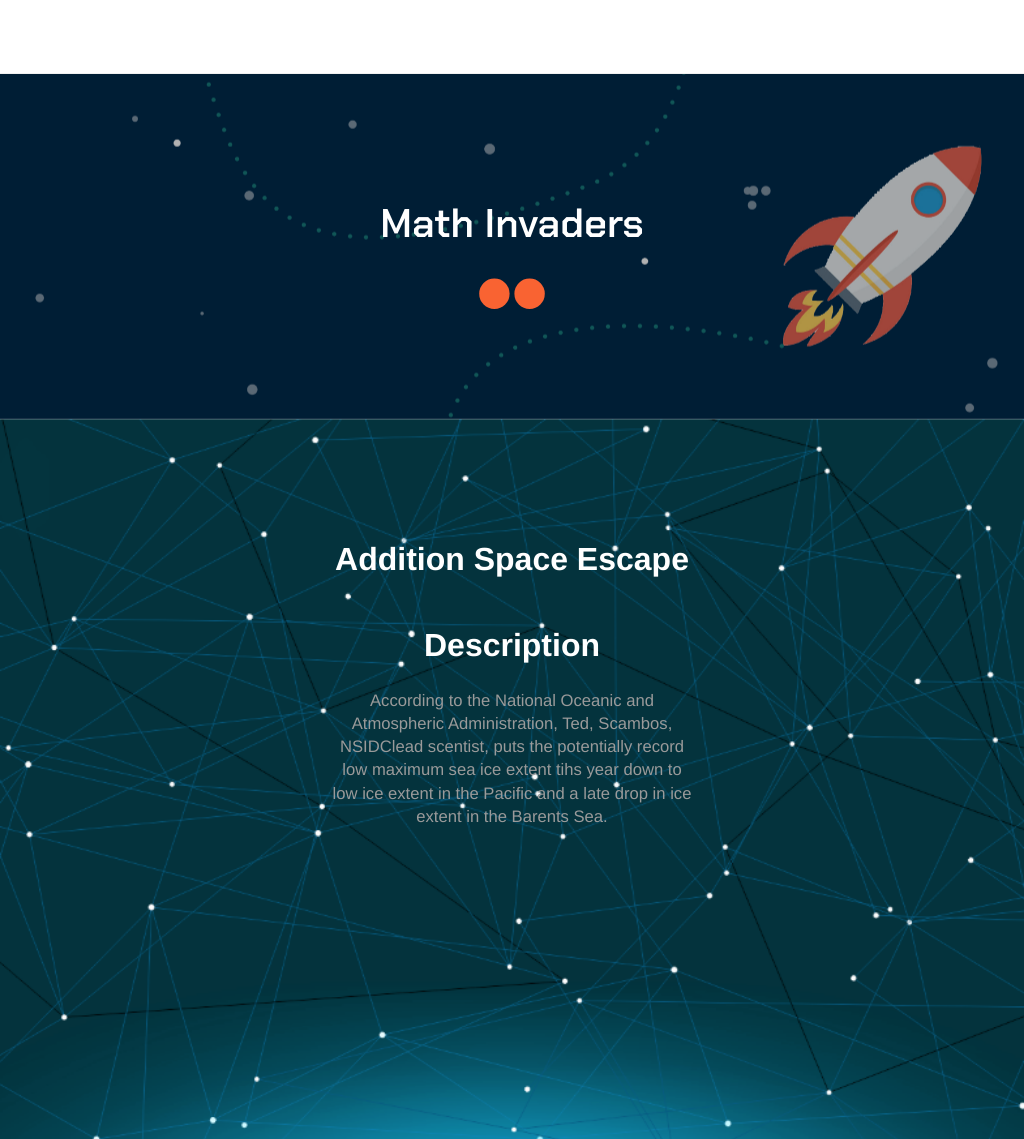
Repository: kkyler24/MathInvader
Page: index.html
These files come from the project's save history. The page is drawn as it stood at one moment and after the next save; the edit follows.
The browser window is 1280 px wide. The pictures show the whole page, at 80% of full size.
Some web libraries are served in a nearby version.

Above is the page before, as saved 2020-07-19 18:46:13.

### index.html
<!DOCTYPE html>
<html lang="en">
  <head>
    <!-- Required meta tags -->
    <meta charset="utf-8" />
    <meta
      name="viewport"
      content="width=device-width, initial-scale=1, shrink-to-fit=no"
    />

    <!-- Bootstrap CSS -->
    <link
      rel="stylesheet"
      href="https://maxcdn.bootstrapcdn.com/bootstrap/4.0.0/css/bootstrap.min.css"
      integrity="sha384-Gn5384xqQ1aoWXA+058RXPxPg6fy4IWvTNh0E263XmFcJlSAwiGgFAW/dAiS6JXm"
      crossorigin="anonymous"
    />
    <link href="../assets/css/now-ui-kit.css?v=1.2.0" rel="stylesheet" />
    <link
      href="https://fonts.googleapis.com/css2?family=Chakra+Petch:wght@600&display=swap"
      rel="stylesheet"
    />
    <link href="./jsFolder/index.css" rel="stylesheet" />

    <title>Math Invaders</title>
  </head>
  <!-- Navbar -->
  <body class="burger-menu">
    <div id="mainBody">
      <nav
        id="marginb"
        class="navbar navbar-expand-lg fixed-top navbar-transparent"
      >
        <div class="container">
          <a class="navbar-brand" href="#">MCLA</a>
          <div class="separator separator-primary"></div>
          <button
            class="navbar-toggler"
            type="button"
            data-toggle="collapse"
            data-target="#navbarNav"
            aria-controls="navbarNav"
            aria-expanded="false"
            aria-label="Toggle navigation"
          >
            <span class="navbar-toggler-icon"></span>
          </button>
          <div class="collapse navbar-collapse" id="navbarNav">
            <ul class="navbar-nav">
              <li class="nav-item active">
                <a class="nav-link" href="#"
                  >Home <span class="sr-only">(current)</span></a
                >
              </li>
              <li class="nav-item">
                <a class="nav-link" href="#">About Us</a>
              </li>
              <li class="nav-item">
                <a class="nav-link" href="#">Games</a>
              </li>
              <li class="nav-item">
                <a class="nav-link" href="#">Log In</a>
              </li>
            </ul>
          </div>
        </div>
      </nav>
      <div id="wrapper">
        <div class="page-header page-header-small">
          <div class="page-header-image" data-parallax="true"></div>
          <div class="content-center">
            <div class="container">
              <h1 id="titleG" class="title">Math Invaders</h1>
              <div class="text-center">
                <a href="#pablo" class="btn btn-primary btn-icon btn-round">
                  <i class="fab fa-facebook-square"></i>
                </a>
                <a href="#pablo" class="btn btn-primary btn-icon btn-round">
                  <i class="fab fa-twitter"></i>
                </a>
              </div>
            </div>
          </div>
        </div>
      </div>
      <div id="backgroundSection" class="section section-about-us">
        <div class="container">
          <div class="section-story-overview">
            <h2 class="title text-center gameT">Addition Space Escape</h2>
            <div class="separator separator-primary"></div>
            <div class="game-wrapper">
<div class="Game"></div>
<div class="congratulations">
    <h1>Congratulations!</h1>
    <h2>You won the game</h2>
    <button class="btn" onclick="window.location.reload()">Restart</button>
              </div>
              <div class="game-over">
                <h1>GAME OVER</h1>
                <h2>You lost the game</h2>
                <button class="btn" onclick="window.location.reload()">Restart</button>
          </div>
                    </div>
                    <div class="separator separator-primary"></div>
                    <div class="row">
                        <div class="col-md-8 ml-auto mr-auto text-center">
                            <h2 class="title gameT">Description</h2>
                            <h5 class="description">According to the National Oceanic and Atmospheric Administration, Ted, Scambos, NSIDClead scentist, puts the potentially record low maximum sea ice extent tihs year down to low ice extent in the Pacific and a late drop in ice extent in the Barents Sea.</h5>
                        </div>
                    </div>
                </div>
            </div>
        </div>
    </div>
    </div>
    <!-- Optional JavaScript -->
    <!-- jQuery first, then Popper.js, then Bootstrap JS -->
    <script
      src="https://code.jquery.com/jquery-3.2.1.slim.min.js"
      integrity="sha384-KJ3o2DKtIkvYIK3UENzmM7KCkRr/rE9/Qpg6aAZGJwFDMVNA/GpGFF93hXpG5KkN"
      crossorigin="anonymous"
    ></script>
    <script
      src="https://cdnjs.cloudflare.com/ajax/libs/popper.js/1.12.9/umd/popper.min.js"
      integrity="sha384-ApNbgh9B+Y1QKtv3Rn7W3mgPxhU9K/ScQsAP7hUibX39j7fakFPskvXusvfa0b4Q"
      crossorigin="anonymous"
    ></script>
    <script
      src="https://maxcdn.bootstrapcdn.com/bootstrap/4.0.0/js/bootstrap.min.js"
      integrity="sha384-JZR6Spejh4U02d8jOt6vLEHfe/JQGiRRSQQxSfFWpi1MquVdAyjUar5+76PVCmYl"
      crossorigin="anonymous"
    ></script>
    <script src="../assets/js/plugins/bootstrap-switch.js"></script>
    <script
      src="../assets/js/plugins/nouislider.min.js"
      type="text/javascript"
    ></script>
    <script
      src="../assets/js/plugins/bootstrap-datepicker.js"
      type="text/javascript"
    ></script>
    <script
      src="../assets/js/now-ui-kit.js?v=1.2.0"
      type="text/javascript"
    ></script>
    <script src="./jsFolder/Aliens.js"></script>
    <script src="./jsFolder/tokens.js"></script>
    <script src="./jsFolder/Ship.js"></script>
  </body>
</html>

### jsFolder/index.css
html,
body {
  font-size: 16px;
  columns: #222b3f;
}
/*  navbar*/

.navbar.navbar-transparent {
  background-color: transparent !important;
  box-shadow: none;
  color: #fff;
  padding-top: 20px !important;
}

.fixed-top {
  position: fixed;
  top: 0;
  right: 0;
  left: 0;
  z-index: 1030;
}
#navbarNav {
  justify-content: flex-end;
}

#marginb {
  margin-bottom: 20px !important;
}
.navbar {
  position: relative;
  display: flex;
  flex-wrap: wrap;
  align-items: center;
  justify-content: space-between;
  padding: 0.5rem 1rem;
  padding-top: 0.625rem;
  padding-bottom: 0.625rem;
  min-height: 53px;
}

a {
  color: #222b3f;
  text-decoration: none;
  background-color: transparent;
}

.container {
  width: 100%;
  padding-right: 15px;
  padding-left: 15px;
  margin-right: auto;
  margin-left: auto;
}

.button-dropdown {
  padding-right: 0.7rem;
  cursor: pointer;
}

.navbar.navbar-transparent {
  background-color: transparent !important;
  color: #fff;
}

.dropdown {
  position: relative;
}

.navbar > .container {
  display: flex;
  flex-wrap: wrap;
  align-items: center;
  justify-content: space-between;
}

.gameT {
  color: #fff;
}
#titleG {
  font-family: "Chakra Petch", sans-serif;
  font-size: 50px;
  font-weight: 700;
  padding-top: 30px;
}
/*  container */

.page-header.page-header-small {
  min-height: 60vh;
  max-height: 440px;
}

.page-header {
  padding: 0;
  color: #fff;
  position: relative;
  overflow: hidden;
}

.page-header .page-header-image {
  position: absolute;
  background-size: cover;
  background-position: 50%;
  width: 100%;
  height: 100%;
  z-index: -1;
}
.page-header-image {
  background-image: url("./pictures/MathApics/kidsbackgroundspace.png");
  transform: translate3d(0px, 0px, 0px);
}

.navbar-toggler:not(:disabled):not(.disabled) {
  cursor: pointer;
}

.content-center {
  position: absolute;
  top: 50%;
  left: 50%;
  z-index: 2;
  transform: translate(-50%, -50%);
  text-align: center;
  color: #fff;
  padding: 0 15px;
  width: 100%;
  max-width: 880px;
}

.text-center {
  text-align: center !important;
}

.page-header .container {
  height: 100%;
  z-index: 1;
  text-align: center;
  position: relative;
}

.section {
  padding: 70px 0;
  position: relative;
  background: #fff;
}

.row {
  display: flex;
  flex-wrap: wrap;
  margin-right: -15px;
  margin-left: -15px;
}

.ml-auto,
.mx-auto {
  margin-left: auto !important;
}
.mr-auto,
.mx-auto {
  margin-right: auto !important;
}

.col-md-8 {
  position: relative;
  width: 100%;
  padding-right: 15px;
  padding-left: 15px;
}
h2 {
  margin-bottom: 30px;
  line-height: 1.2;
}

#backgroundSection {
  background-image: url("./pictures/MathApics/spaceship/background3591568.png");
  background-repeat: no-repeat;
  background-size: cover;
  width: 100%;
  height: 900px;
}

/* Game */

.game {
  width: 800px;
  height: 700px;
  background: url("/jsFolder/pictures/MathApics/spaceship/cosmicgalaxbluebackground.jpg");
  animation: scroll-background 5s linear infinite;
  box-shadow: 0 2px 10px rgba(0, 0, 0, 0.2);
  position: relative;
}

.wrap {
  display: flex;
  flex-direction: column;
  height: 100%;
}

.game-wrapper {
  flex: 1;
  display: flex;
  justify-content: center;
  align-items: center;
  background: #222;
}

.game .enemy {
  position: absolute;
  margin-left: -20px;
  margin-top: -18px;
  width: 40px;
}

.game .player {
  position: absolute;
  margin-left: -20px;
  width: 40px;
}

.game .laser {
  position: absolute;
  margin-left: -2.5px;
  height: 30px;
}

.game .enemy-laser {
  position: absolute;
  margin-left: -2.5px;
  height: 30px;
}

.congratulations {
  display: none;
  position: absolute;
  background: #c7a526;
  color: white;
  padding: 20px 50px;
  box-shadow: 0 2px 10px rgba(0, 0, 0, 0.2);
  border-radius: 10px;
  text-align: center;
  animation: pop-in 1s;
}

.game-over {
  display: none;
  position: absolute;
  background: #6b1818;
  color: white;
  padding: 20px 50px;
  box-shadow: 0 2px 10px rgba(0, 0, 0, 0.2);
  border-radius: 10px;
  text-align: center;
  animation: pop-in 1s;
}

@keyframes scroll-background {
  from {
    background-position-y: 0px;
  }
  to {
    background-position-y: 256px;
  }
}

@keyframes pop-in {
  0% {
    opacity: 0;
    transform: translate(0, -100px);
  }
  10% {
    opacity: 1;
  }
  50% {
    transform: translate(0, 30px);
  }
  100% {
    transform: translate(0, 0);
  }
}

/* media Queries */

@media (min-width: 768px) {
  .col-md-8 {
    flex: 0 0 66.666667%;
    max-width: 66.666667%;
  }
}
@media (min-width: 768px) {
  .container {
    max-width: 720px;
  }
}

@media (min-width: 992px) {
  .navbar-expand-lg .navbar-toggler {
    display: none;
  }
}

@media (max-width: 991.98px) {
  .navbar-expand-lg > .container {
    padding-right: 0;
    padding-left: 0;
  }
}

@media (min-width: 768px) {
  .container {
    max-width: 720px;
  }
}

@media screen and (max-width: 991px) {
  .button-dropdown {
    display: none;
  }
}

@media (min-width: 992px) {
  .navbar-expand-lg .navbar-toggler {
    display: none;
  }
}

@media screen and (max-width: 991px) {
  .sidebar-collapse .wrapper {
    transition: all 0.5s cubic-bezier(0.685, 0.0473, 0.346, 1);
  }
}

### jsFolder/UIAssets/now-ui-kit-master/assets/js/now-ui-kit.js
/*!

 =========================================================
 * Now UI Kit - v1.3.0
 =========================================================

 * Product Page: https://www.creative-tim.com/product/now-ui-kit
 * Copyright 2019 Creative Tim (http://www.creative-tim.com)

 * Designed by www.invisionapp.com Coded by www.creative-tim.com

 =========================================================

 * The above copyright notice and this permission notice shall be included in all copies or substantial portions of the Software.

 */


var transparent = true;
var big_image;

var transparentDemo = true;
var fixedTop = false;

var navbar_initialized,
  backgroundOrange = false,
  toggle_initialized = false;

var nowuiKit,
  $navbar,
  scroll_distance,
  oVal;

$(document).ready(function() {
  //  Activate the Tooltips
  $('[data-toggle="tooltip"], [rel="tooltip"]').tooltip();

  // Activate Popovers and set color for popovers
  $('[data-toggle="popover"]').each(function() {
    color_class = $(this).data('color');
    $(this).popover({
      template: '<div class="popover popover-' + color_class + '" role="tooltip"><div class="arrow"></div><h3 class="popover-header"></h3><div class="popover-body"></div></div>'
    });
  });

  // Activate the image for the navbar-collapse
  nowuiKit.initNavbarImage();

  $navbar = $('.navbar[color-on-scroll]');
  scroll_distance = $navbar.attr('color-on-scroll') || 500;

  // Check if we have the class "navbar-color-on-scroll" then add the function to remove the class "navbar-transparent" so it will transform to a plain color.

  if ($('.navbar[color-on-scroll]').length != 0) {
    nowuiKit.checkScrollForTransparentNavbar();
    $(window).on('scroll', nowuiKit.checkScrollForTransparentNavbar)
  }

  $('.form-control').on("focus", function() {
    $(this).parent('.input-group').addClass("input-group-focus");
  }).on("blur", function() {
    $(this).parent(".input-group").removeClass("input-group-focus");
  });

  // Activate bootstrapSwitch
  $('.bootstrap-switch').each(function() {
    $this = $(this);
    data_on_label = $this.data('on-label') || '';
    data_off_label = $this.data('off-label') || '';

    $this.bootstrapSwitch({
      onText: data_on_label,
      offText: data_off_label
    });
  });

  if ($(window).width() >= 992) {
    big_image = $('.page-header-image[data-parallax="true"]');

    $(window).on('scroll', nowuiKitDemo.checkScrollForParallax);
  }

  // Activate Carousel
  $('.carousel').carousel({
    interval: 4000
  });

  $('.date-picker').each(function() {
    $(this).datepicker({
      templates: {
        leftArrow: '<i class="now-ui-icons arrows-1_minimal-left"></i>',
        rightArrow: '<i class="now-ui-icons arrows-1_minimal-right"></i>'
      }
    }).on('show', function() {
      $('.datepicker').addClass('open');

      datepicker_color = $(this).data('datepicker-color');
      if (datepicker_color.length != 0) {
        $('.datepicker').addClass('datepicker-' + datepicker_color + '');
      }
    }).on('hide', function() {
      $('.datepicker').removeClass('open');
    });
  });


});

// Javascript just for Demo purpose, remove it from your project
nowuiKitDemo = {
  checkScrollForParallax: debounce(function() {
    var current_scroll = $(this).scrollTop();

    oVal = ($(window).scrollTop() / 3);
    big_image.css({
      'transform': 'translate3d(0,' + oVal + 'px,0)',
      '-webkit-transform': 'translate3d(0,' + oVal + 'px,0)',
      '-ms-transform': 'translate3d(0,' + oVal + 'px,0)',
      '-o-transform': 'translate3d(0,' + oVal + 'px,0)'
    });

  }, 6)

}

// Returns a function, that, as long as it continues to be invoked, will not
// be triggered. The function will be called after it stops being called for
// N milliseconds. If `immediate` is passed, trigger the function on the
// leading edge, instead of the trailing.

function debounce(func, wait, immediate) {
  var timeout;
  return function() {
    var context = this,
      args = arguments;
    clearTimeout(timeout);
    timeout = setTimeout(function() {
      timeout = null;
      if (!immediate) func.apply(context, args);
    }, wait);
    if (immediate && !timeout) func.apply(context, args);
  };
};

$(window).on('resize', function() {
  nowuiKit.initNavbarImage();
});

$(document).on('click', '.navbar-toggler', function() {
  $toggle = $(this);

  if (nowuiKit.misc.navbar_menu_visible == 1) {
    $('html').removeClass('nav-open');
    nowuiKit.misc.navbar_menu_visible = 0;
    $('#bodyClick').remove();
    setTimeout(function() {
      $toggle.removeClass('toggled');
    }, 550);
  } else {
    setTimeout(function() {
      $toggle.addClass('toggled');
    }, 580);
    div = '<div id="bodyClick"></div>';
    $(div).appendTo('body').click(function() {
      $('html').removeClass('nav-open');
      nowuiKit.misc.navbar_menu_visible = 0;
      setTimeout(function() {
        $toggle.removeClass('toggled');
        $('#bodyClick').remove();
      }, 550);
    });

    $('html').addClass('nav-open');
    nowuiKit.misc.navbar_menu_visible = 1;
  }
});

nowuiKit = {
  misc: {
    navbar_menu_visible: 0
  },

  checkScrollForTransparentNavbar: debounce(function() {
    if ($(document).scrollTop() > scroll_distance) {
      if (transparent) {
        transparent = false;
        $('.navbar[color-on-scroll]').removeClass('navbar-transparent');
      }
    } else {
      if (!transparent) {
        transparent = true;
        $('.navbar[color-on-scroll]').addClass('navbar-transparent');
      }
    }
  }, 17),

  initNavbarImage: function() {
    var $navbar = $('.navbar').find('.navbar-translate').siblings('.navbar-collapse');
    var background_image = $navbar.data('nav-image');

    if (background_image != undefined) {
      if ($(window).width() < 991 || $('body').hasClass('burger-menu')) {
        $navbar.css('background', "url('" + background_image + "')")
          .removeAttr('data-nav-image')
          .css('background-size', "cover")
          .addClass('has-image');
      } else {
        $navbar.css('background', "")
          .attr('data-nav-image', '' + background_image + '')
          .css('background-size', "")
          .removeClass('has-image');
      }
    }
  },

  initSliders: function() {
    // Sliders for demo purpose in refine cards section
    var slider = document.getElementById('sliderRegular');

    noUiSlider.create(slider, {
      start: 40,
      connect: [true, false],
      range: {
        min: 0,
        max: 100
      }
    });

    var slider2 = document.getElementById('sliderDouble');

    noUiSlider.create(slider2, {
      start: [20, 60],
      connect: true,
      range: {
        min: 0,
        max: 100
      }
    });
  }
}

// Javascript just for Demo purpose, remove it from your project
nowuiKitDemo = {
  checkScrollForParallax: debounce(function() {
    var current_scroll = $(this).scrollTop();

    oVal = ($(window).scrollTop() / 3);
    big_image.css({
      'transform': 'translate3d(0,' + oVal + 'px,0)',
      '-webkit-transform': 'translate3d(0,' + oVal + 'px,0)',
      '-ms-transform': 'translate3d(0,' + oVal + 'px,0)',
      '-o-transform': 'translate3d(0,' + oVal + 'px,0)'
    });

  }, 6)

}

// Returns a function, that, as long as it continues to be invoked, will not
// be triggered. The function will be called after it stops being called for
// N milliseconds. If `immediate` is passed, trigger the function on the
// leading edge, instead of the trailing.

function debounce(func, wait, immediate) {
  var timeout;
  return function() {
    var context = this,
      args = arguments;
    clearTimeout(timeout);
    timeout = setTimeout(function() {
      timeout = null;
      if (!immediate) func.apply(context, args);
    }, wait);
    if (immediate && !timeout) func.apply(context, args);
  };
};

Loaded but not shown: jsFolder/UIAssets/now-ui-kit-master/assets/css/now-ui-kit.css (library); jsFolder/UIAssets/now-ui-kit-master/assets/js/plugins/bootstrap-switch.js (library); jsFolder/UIAssets/now-ui-kit-master/assets/js/plugins/nouislider.min.js (library); jsFolder/UIAssets/now-ui-kit-master/assets/js/plugins/bootstrap-datepicker.js (library); jsFolder/Aliens.js (empty); jsFolder/tokens.js (empty); jsFolder/Ship.js (empty)

After the next save:
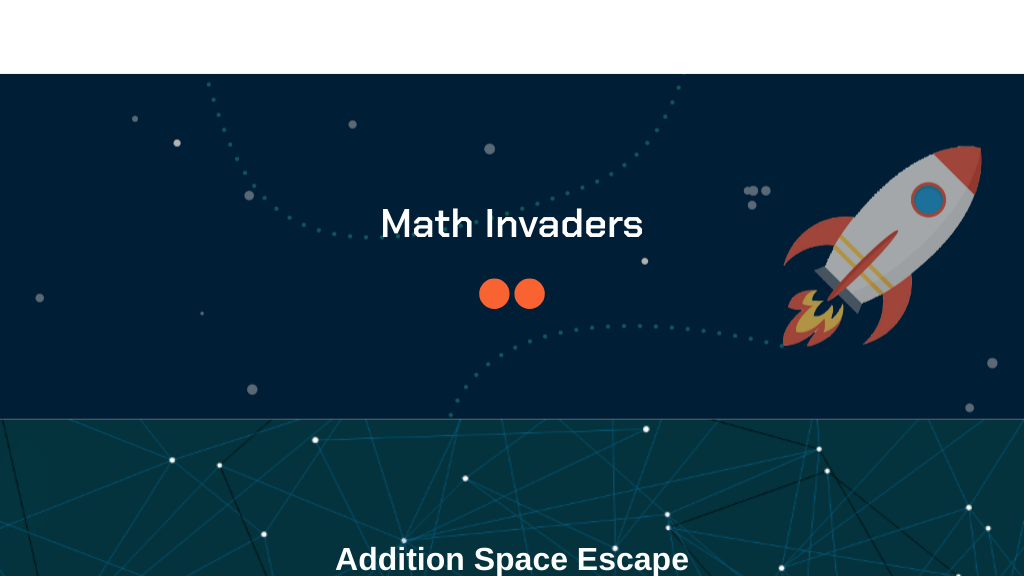
Saved 40 s later.
--- a/jsFolder/index.css
+++ b/jsFolder/index.css
@@ -1,5 +1,7 @@
 html,
 body {
+  height: 100%;
+  overflow: hidden;
   font-size: 16px;
   columns: #222b3f;
 }

After the save that followed:
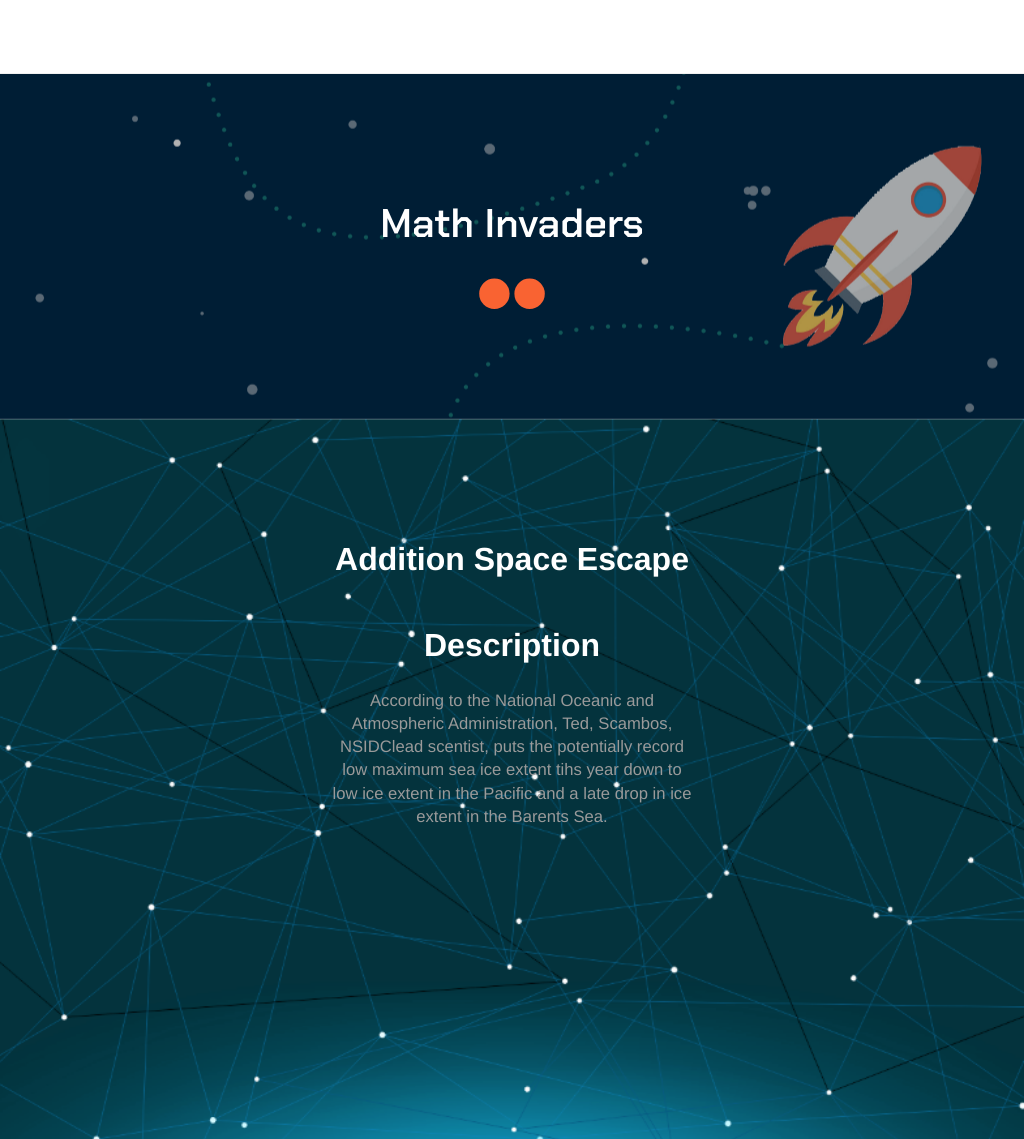
Saved 13 s later.
--- a/jsFolder/index.css
+++ b/jsFolder/index.css
@@ -1,7 +1,7 @@
 html,
 body {
   height: 100%;
-  overflow: hidden;
+
   font-size: 16px;
   columns: #222b3f;
 }
